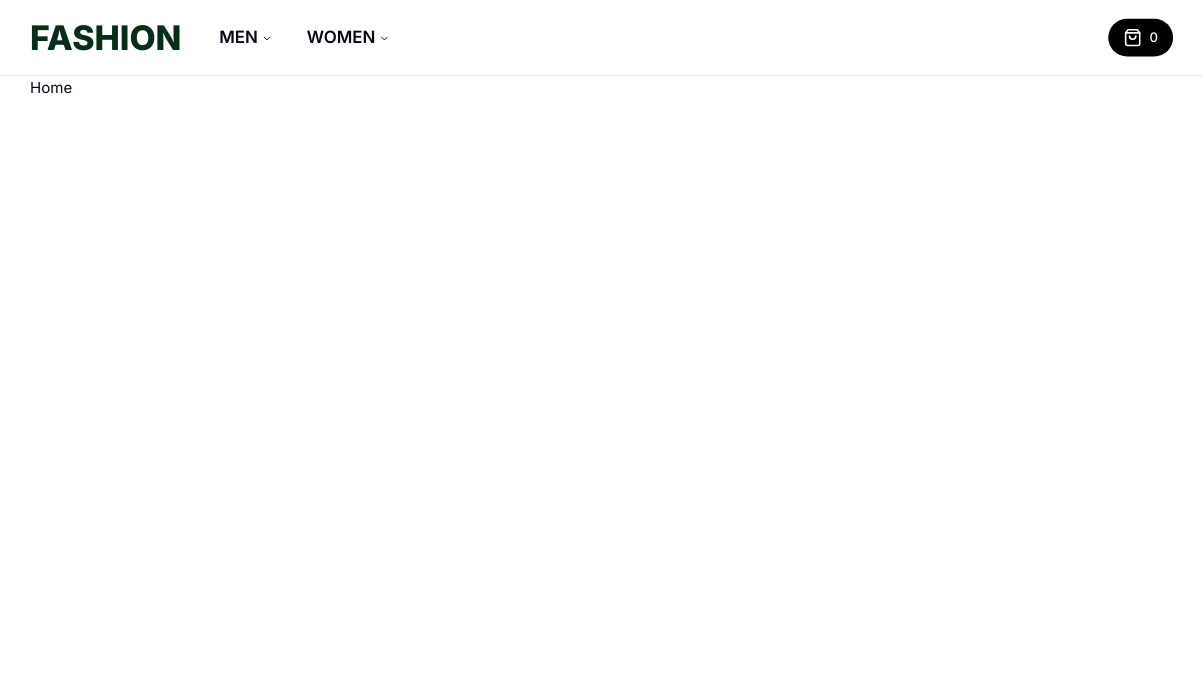
Repository: SaDaNdLoNeLy/clotheswebsite
Page: /
The author's editor kept a copy of each file at every save. The page is drawn from the files as they stood at one save, then again after the next save.
The browser window is 1280 px wide. The pictures show the whole page, at 94% of full size.
The page's requests for data from a server got no answer. The project was rebuilt for these pictures with package versions that can differ from the ones it lists, and the page was loaded fresh each time. The framework's server and built-in components were replaced by stand-ins that run in the browser. No one was signed in, and anything a server would have sent is missing. Also part of the build but not shown: next.config.js.

Above is the page before, as saved 2023-08-21 15:40:21.

### src/app/layout.tsx
import { Toaster } from "react-hot-toast";
import "./globals.css";
import { Inter } from "next/font/google";
import AuthContext from "@/context/AuthContext";
const inter = Inter({ subsets: ["latin"] });

export const metadata = {
  title: "Create Next App",
  description: "Generated by create next app",
};

export default function RootLayout({
  children,
}: {
  children: React.ReactNode;
}) {
  return (
    <html lang="en">
      <body className={inter.className}>
        <AuthContext>
          <Toaster />
          <main className="h-full">{children}</main>
        </AuthContext>
      </body>
    </html>
  );
}

### src/app/(home)/page.tsx
import HomeNav from "@/components/nav/HomeNav";
import { signOut } from "next-auth/react";
import HomeClient from "./components/HomeClient";

export default function ShopPage() {
  return (
    <>
      <HomeNav />
      <HomeClient />
    </>
  );
}

### src/app/globals.css
@tailwind base;
@tailwind components;
@tailwind utilities;

html,
body,
:root {
  height: 100%;
}

@layer base {
  :root {
    --background: 0 0% 100%;
    --foreground: 222.2 84% 4.9%;

    --muted: 210 40% 96.1%;
    --muted-foreground: 215.4 16.3% 46.9%;

    --popover: 0 0% 100%;
    --popover-foreground: 222.2 84% 4.9%;

    --card: 0 0% 100%;
    --card-foreground: 222.2 84% 4.9%;

    --border: 214.3 31.8% 91.4%;
    --input: 214.3 31.8% 91.4%;

    --primary: 222.2 47.4% 11.2%;
    --primary-foreground: 210 40% 98%;

    --secondary: 210 40% 96.1%;
    --secondary-foreground: 222.2 47.4% 11.2%;

    --accent: 210 40% 96.1%;
    --accent-foreground: ;

    --destructive: 0 84.2% 60.2%;
    --destructive-foreground: 210 40% 98%;

    --ring: 215 20.2% 65.1%;

    --radius: 0.5rem;
  }

  .dark {
    --background: 222.2 84% 4.9%;
    --foreground: 210 40% 98%;

    --muted: 217.2 32.6% 17.5%;
    --muted-foreground: 215 20.2% 65.1%;

    --popover: 222.2 84% 4.9%;
    --popover-foreground: 210 40% 98%;

    --card: 222.2 84% 4.9%;
    --card-foreground: 210 40% 98%;

    --border: 217.2 32.6% 17.5%;
    --input: 217.2 32.6% 17.5%;

    --primary: 210 40% 98%;
    --primary-foreground: 222.2 47.4% 11.2%;

    --secondary: 217.2 32.6% 17.5%;
    --secondary-foreground: 210 40% 98%;

    --accent: 217.2 32.6% 17.5%;
    --accent-foreground: ;

    --destructive: 0 62.8% 30.6%;
    --destructive-foreground: 0 85.7% 97.3%;

    --ring: 217.2 32.6% 17.5%;
  }
}

@layer base {
  * {
    @apply border-border;
  }
  body {
    @apply bg-background text-foreground;
  }
}

### src/context/AuthContext.tsx
"use client";

import { SessionProvider } from "next-auth/react";

interface AuthContextProps {
  children: React.ReactNode;
}

export default function AuthContext({
  children
} : AuthContextProps) {
  return <SessionProvider>{children}</SessionProvider>
};

### src/components/nav/HomeNav.tsx
import Link from "next/link";
import Container from "../container";
import TypeNav from "./TypeNav";
import CartButton from "./CartButton";

const HomeNav = () => {
  return (
    <div className="z-50 border-b w-full">
      <Container>
        <div className="relative px-4 sm:px-6 lg:px-8 flex h-20 items-center">
          <Link href="/" className="ml-4 flex lg:ml-0 gap-x-2">
            <p className="font-extrabold text-green-950 text-4xl">FASHION</p>
          </Link>
          <TypeNav />
          <CartButton />
        </div>
      </Container>
    </div>
  );
};

export default HomeNav;

### src/app/(home)/components/HomeClient.tsx
import Container from "@/components/container";

const HomeClient = () => {
  return (
    <Container>
      <div className="px-4 sm:px-6 lg:px-8">
        Home
      </div>
    </Container>
  );
};

export default HomeClient;

### src/components/container.tsx
interface ContainerProps {
  children: React.ReactNode;
}

const Container: React.FC<ContainerProps> = ({
  children
}) => {
  return (
    <div className="mx-auto max-w-7xl">{children}</div>
  )
}

export default Container

### src/components/nav/TypeNav.tsx
"use client"

import axios from "axios"

import {
  NavigationMenu,
  NavigationMenuContent,
  NavigationMenuItem,
  NavigationMenuLink,
  NavigationMenuList,
  NavigationMenuTrigger,
  navigationMenuTriggerStyle,
} from "@/components/ui/navigation-menu"
import Link from "next/link"
import React, { useEffect, useState } from "react"
import { cn } from "@/lib/utils"

const TypeNav = () => {
  const [womentypes , setWomenTypes] = useState([])
  const [mentypes , setMenTypes] = useState([])

  useEffect(()=>{
    axios.get("/api/admin/types?for=MALE")
    .then((response) => setMenTypes(response.data))
    .catch((error) => console.log(error))

    axios.get("/api/admin/types?for=FEMALE")
    .then((response) => setWomenTypes(response.data))
    .catch((error) => console.log(error))
  },[])

  return (
    <NavigationMenu className="mx-6 flex">
      <NavigationMenuList>
        <NavigationMenuItem>
          <NavigationMenuTrigger className="text-lg font-semibold">MEN</NavigationMenuTrigger>
          <NavigationMenuContent>
            <ul className="grid w-[400px] gap-3 p-4 md:w-[500px] md:grid-cols-2 lg:w-[600px] ">
              {mentypes.map((type) => (
                <ListItem
                  key={type.id}
                  title={type.name}
                  href={`/type/${type.id}`}
                >
                </ListItem>
              ))}
            </ul>
          </NavigationMenuContent>
        </NavigationMenuItem>
        <NavigationMenuItem>
          <NavigationMenuTrigger className="text-lg font-semibold">WOMEN</NavigationMenuTrigger>
          <NavigationMenuContent>
            <ul className="grid w-[400px] gap-3 p-4 md:w-[500px] md:grid-cols-2 lg:w-[600px] ">
              {womentypes.map((type) => (
                <ListItem
                  key={type.id}
                  title={type.name}
                  href={`/type/${type.id}`}
                >
                </ListItem>
              ))}
            </ul>
          </NavigationMenuContent>
        </NavigationMenuItem>
        {/* <NavigationMenuItem>
          <Link href="/docs" legacyBehavior passHref>
            <NavigationMenuLink className={navigationMenuTriggerStyle()}>
              Documentation
            </NavigationMenuLink>
          </Link>
        </NavigationMenuItem> */}
      </NavigationMenuList>
    </NavigationMenu>
  )
}

export default TypeNav


const ListItem = React.forwardRef<
  React.ElementRef<"a">,
  React.ComponentPropsWithoutRef<"a">
>(({ className, title, children, ...props }, ref) => {
  return (
    <li>
      <NavigationMenuLink asChild>
        <a
          ref={ref}
          className={cn(
            "block select-none space-y-1 rounded-md p-3 leading-none no-underline outline-none transition-colors hover:bg-accent hover:text-accent-foreground focus:bg-accent focus:text-accent-foreground",
            className
          )}
          {...props}
        >
          <div className="text-sm font-medium leading-none">{title}</div>
          <p className="line-clamp-2 text-sm leading-snug text-muted-foreground">
            {children}
          </p>
        </a>
      </NavigationMenuLink>
    </li>
  )
})
ListItem.displayName = "ListItem"

### src/components/nav/CartButton.tsx
"use client";

import { ShoppingBag } from "lucide-react";
import { Button } from "../ui/button";
import { useEffect, useState } from "react";
import { useRouter } from "next/navigation";
import useCart from "@/hooks/use-cart";

const CartButton = () => {
  const [isMounted, setIsMounted] = useState(false);
  const router = useRouter();
  const cart = useCart()

  useEffect(() => {
    setIsMounted(true);
  }, [])

  if (!isMounted) {
    return null;
  }


  return (
    <div className="ml-auto flex items-center gap-x-4">
      <Button className="flex items-center rounded-full bg-black px-4 py-2" onClick={() => router.push("/cart")}>
        <ShoppingBag size={20} color="white" />
        <span className="ml-2 text-sm font-medium text-white">{cart.items.length}</span>
      </Button>
    </div>
  );
};

export default CartButton;

### src/components/ui/navigation-menu.tsx
import * as React from "react"
import * as NavigationMenuPrimitive from "@radix-ui/react-navigation-menu"
import { cva } from "class-variance-authority"
import { ChevronDown } from "lucide-react"

import { cn } from "@/lib/utils"

const NavigationMenu = React.forwardRef<
  React.ElementRef<typeof NavigationMenuPrimitive.Root>,
  React.ComponentPropsWithoutRef<typeof NavigationMenuPrimitive.Root>
>(({ className, children, ...props }, ref) => (
  <NavigationMenuPrimitive.Root
    ref={ref}
    className={cn(
      "relative z-10 flex max-w-max flex-1 items-center justify-center",
      className
    )}
    {...props}
  >
    {children}
    <NavigationMenuViewport />
  </NavigationMenuPrimitive.Root>
))
NavigationMenu.displayName = NavigationMenuPrimitive.Root.displayName

const NavigationMenuList = React.forwardRef<
  React.ElementRef<typeof NavigationMenuPrimitive.List>,
  React.ComponentPropsWithoutRef<typeof NavigationMenuPrimitive.List>
>(({ className, ...props }, ref) => (
  <NavigationMenuPrimitive.List
    ref={ref}
    className={cn(
      "group flex flex-1 list-none items-center justify-center space-x-1",
      className
    )}
    {...props}
  />
))
NavigationMenuList.displayName = NavigationMenuPrimitive.List.displayName

const NavigationMenuItem = NavigationMenuPrimitive.Item

const navigationMenuTriggerStyle = cva(
  "group inline-flex h-10 w-max items-center justify-center rounded-md bg-white px-4 py-2 text-sm font-medium transition-colors hover:bg-slate-100 hover:text-slate-900 focus:bg-slate-100 focus:text-slate-900 focus:outline-none disabled:pointer-events-none disabled:opacity-50 data-[active]:bg-slate-100/50 data-[state=open]:bg-slate-100/50 dark:bg-slate-950 dark:hover:bg-slate-800 dark:hover:text-slate-50 dark:focus:bg-slate-800 dark:focus:text-slate-50 dark:data-[active]:bg-slate-800/50 dark:data-[state=open]:bg-slate-800/50"
)

const NavigationMenuTrigger = React.forwardRef<
  React.ElementRef<typeof NavigationMenuPrimitive.Trigger>,
  React.ComponentPropsWithoutRef<typeof NavigationMenuPrimitive.Trigger>
>(({ className, children, ...props }, ref) => (
  <NavigationMenuPrimitive.Trigger
    ref={ref}
    className={cn(navigationMenuTriggerStyle(), "group", className)}
    {...props}
  >
    {children}{""}
    <ChevronDown
      className="relative top-[1px] ml-1 h-3 w-3 transition duration-200 group-data-[state=open]:rotate-180"
      aria-hidden="true"
    />
  </NavigationMenuPrimitive.Trigger>
))
NavigationMenuTrigger.displayName = NavigationMenuPrimitive.Trigger.displayName

const NavigationMenuContent = React.forwardRef<
  React.ElementRef<typeof NavigationMenuPrimitive.Content>,
  React.ComponentPropsWithoutRef<typeof NavigationMenuPrimitive.Content>
>(({ className, ...props }, ref) => (
  <NavigationMenuPrimitive.Content
    ref={ref}
    className={cn(
      "left-0 top-0 w-full data-[motion^=from-]:animate-in data-[motion^=to-]:animate-out data-[motion^=from-]:fade-in data-[motion^=to-]:fade-out data-[motion=from-end]:slide-in-from-right-52 data-[motion=from-start]:slide-in-from-left-52 data-[motion=to-end]:slide-out-to-right-52 data-[motion=to-start]:slide-out-to-left-52 md:absolute md:w-auto",
      className
    )}
    {...props}
  />
))
NavigationMenuContent.displayName = NavigationMenuPrimitive.Content.displayName

const NavigationMenuLink = NavigationMenuPrimitive.Link

const NavigationMenuViewport = React.forwardRef<
  React.ElementRef<typeof NavigationMenuPrimitive.Viewport>,
  React.ComponentPropsWithoutRef<typeof NavigationMenuPrimitive.Viewport>
>(({ className, ...props }, ref) => (
  <div className={cn("absolute left-0 top-full flex justify-center")}>
    <NavigationMenuPrimitive.Viewport
      className={cn(
        "origin-top-center relative mt-1.5 h-[var(--radix-navigation-menu-viewport-height)] w-full overflow-hidden rounded-md border border-slate-200 bg-white text-slate-950 shadow-lg data-[state=open]:animate-in data-[state=closed]:animate-out data-[state=closed]:zoom-out-95 data-[state=open]:zoom-in-90 md:w-[var(--radix-navigation-menu-viewport-width)] dark:border-slate-800 dark:bg-slate-950 dark:text-slate-50",
        className
      )}
      ref={ref}
      {...props}
    />
  </div>
))
NavigationMenuViewport.displayName =
  NavigationMenuPrimitive.Viewport.displayName

const NavigationMenuIndicator = React.forwardRef<
  React.ElementRef<typeof NavigationMenuPrimitive.Indicator>,
  React.ComponentPropsWithoutRef<typeof NavigationMenuPrimitive.Indicator>
>(({ className, ...props }, ref) => (
  <NavigationMenuPrimitive.Indicator
    ref={ref}
    className={cn(
      "top-full z-[1] flex h-1.5 items-end justify-center overflow-hidden data-[state=visible]:animate-in data-[state=hidden]:animate-out data-[state=hidden]:fade-out data-[state=visible]:fade-in",
      className
    )}
    {...props}
  >
    <div className="relative top-[60%] h-2 w-2 rotate-45 rounded-tl-sm bg-slate-200 shadow-md dark:bg-slate-800" />
  </NavigationMenuPrimitive.Indicator>
))
NavigationMenuIndicator.displayName =
  NavigationMenuPrimitive.Indicator.displayName

export {
  navigationMenuTriggerStyle,
  NavigationMenu,
  NavigationMenuList,
  NavigationMenuItem,
  NavigationMenuContent,
  NavigationMenuTrigger,
  NavigationMenuLink,
  NavigationMenuIndicator,
  NavigationMenuViewport,
}

### src/components/ui/button.tsx
import * as React from "react"
import { Slot } from "@radix-ui/react-slot"
import { cva, type VariantProps } from "class-variance-authority"

import { cn } from "@/lib/utils"

const buttonVariants = cva(
  "inline-flex items-center justify-center rounded-md text-sm font-medium ring-offset-white transition-colors focus-visible:outline-none focus-visible:ring-2 focus-visible:ring-slate-950 focus-visible:ring-offset-2 disabled:pointer-events-none disabled:opacity-50 dark:ring-offset-slate-950 dark:focus-visible:ring-slate-300",
  {
    variants: {
      variant: {
        default: "bg-slate-900 text-slate-50 hover:bg-slate-900/90 dark:bg-slate-50 dark:text-slate-900 dark:hover:bg-slate-50/90",
        destructive:
          "bg-red-500 text-slate-50 hover:bg-red-500/90 dark:bg-red-900 dark:text-slate-50 dark:hover:bg-red-900/90",
        outline:
          "border border-slate-200 bg-white hover:bg-slate-100 hover:text-slate-900 dark:border-slate-800 dark:bg-slate-950 dark:hover:bg-slate-800 dark:hover:text-slate-50",
        secondary:
          "bg-slate-100 text-slate-900 hover:bg-slate-100/80 dark:bg-slate-800 dark:text-slate-50 dark:hover:bg-slate-800/80",
        ghost: "hover:bg-slate-100 hover:text-slate-900 dark:hover:bg-slate-800 dark:hover:text-slate-50",
        link: "text-slate-900 underline-offset-4 hover:underline dark:text-slate-50",
      },
      size: {
        default: "h-10 px-4 py-2",
        sm: "h-9 rounded-md px-3",
        lg: "h-11 rounded-md px-8",
        icon: "h-10 w-10",
      },
    },
    defaultVariants: {
      variant: "default",
      size: "default",
    },
  }
)

export interface ButtonProps
  extends React.ButtonHTMLAttributes<HTMLButtonElement>,
    VariantProps<typeof buttonVariants> {
  asChild?: boolean
}

const Button = React.forwardRef<HTMLButtonElement, ButtonProps>(
  ({ className, variant, size, asChild = false, ...props }, ref) => {
    const Comp = asChild ? Slot : "button"
    return (
      <Comp
        className={cn(buttonVariants({ variant, size, className }))}
        ref={ref}
        {...props}
      />
    )
  }
)
Button.displayName = "Button"

export { Button, buttonVariants }

### src/hooks/use-cart.tsx
import { Product, Image, Color, Size } from "@prisma/client";
import { create } from "zustand";
import { persist, createJSONStorage } from "zustand/middleware";
import { ProductClientType } from "../../type";
import toast from "react-hot-toast";

interface CartProps {
  items: ProductClientType[];
  addItem: (data: ProductClientType) => void;
  removeItem: (id: string) => void;
  removeAll: () => void;
}

const useCart = create(
  persist<CartProps>(
    (set, get) => ({
      items: [],
      addItem: (data) => {
        const currentItems = get().items;
        const existingItem = currentItems.find((item) => item.id === data.id);
        if (existingItem) {
          return toast.error("Item is already in cart");
        }

        set({ items: [...get().items, data] });
        toast.success("Item added successfully");
      },
      removeItem: (id: string) => {
        set({ items: [...get().items.filter((item) => item.id !== id)] });
        toast.success("Item remove successfully");
      },
      removeAll: () => set({ items: [] }),
    }),
    {
      name: "cart-storage",
      storage: createJSONStorage(() => localStorage),
    }
  )
);

export default useCart;

Loaded but not shown: src/lib/utils.ts (common file); tailwind.config.js (76 lines, source omitted); src/components/shopwebui/HomePageService.tsx (143 lines, source omitted); src/components/shopwebui/footer.tsx (213 lines, source omitted)

After the next save:
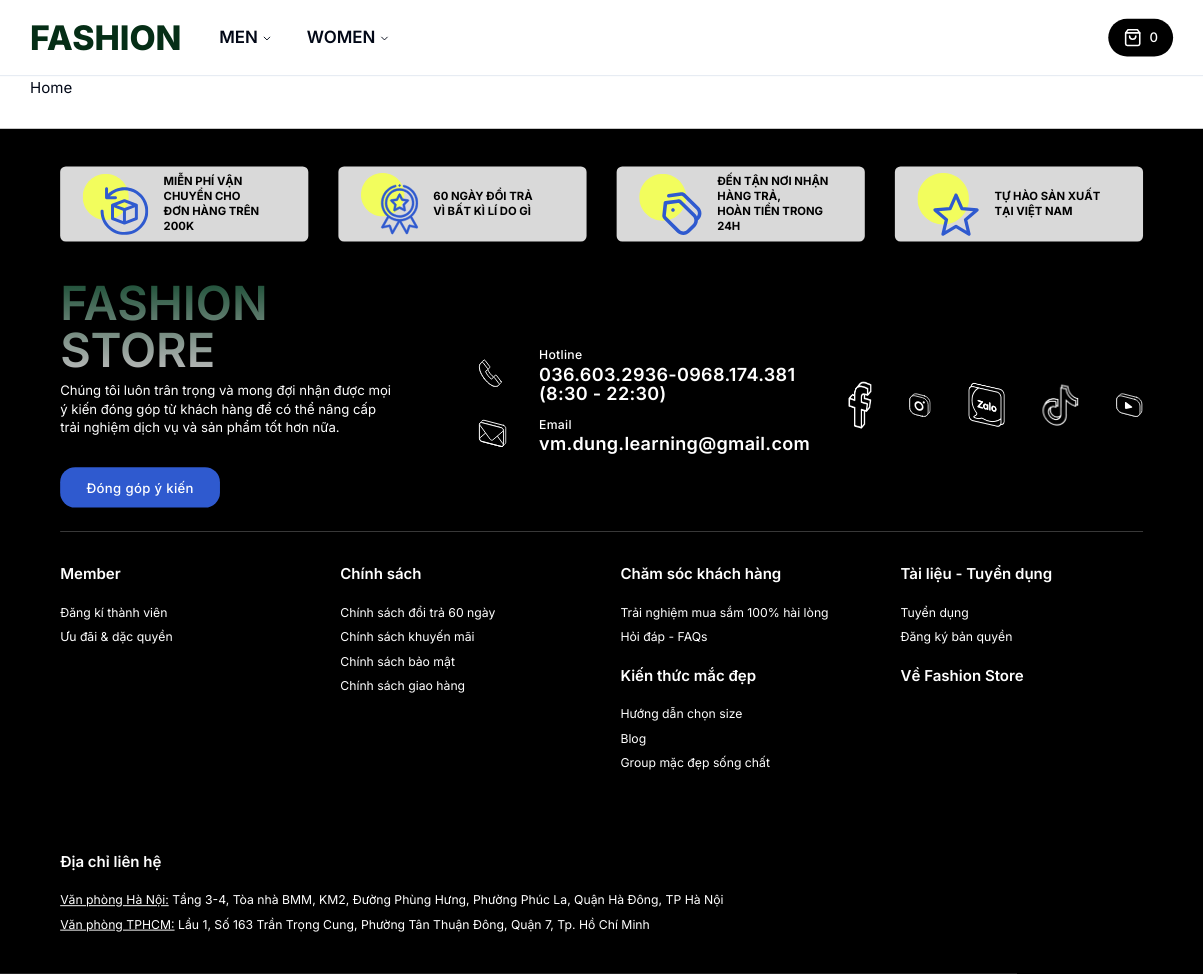
Saved 3 min 21 s later.
--- a/src/app/(home)/page.tsx
+++ b/src/app/(home)/page.tsx
@@ -1,12 +1,14 @@
 import HomeNav from "@/components/nav/HomeNav";
 import { signOut } from "next-auth/react";
 import HomeClient from "./components/HomeClient";
+import Footer from "@/components/footer";
 
 export default function ShopPage() {
   return (
     <>
       <HomeNav />
       <HomeClient />
+      <Footer />
     </>
   );
 }
